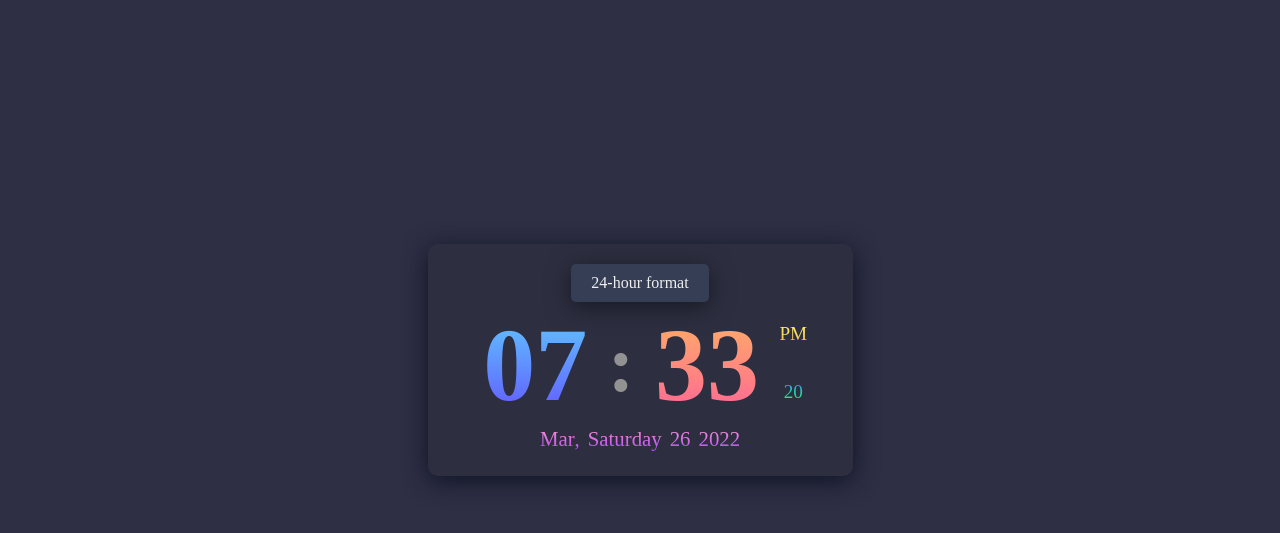
Repository: QUANGTHAI2003/digital-clock
Page: index.html
These files come from the project's save history. The page is drawn as it stood at one moment and after the next save; the edit follows.
The browser window is 1280 px wide. The pictures show the whole page.
Some icons come from a web library that is not loaded, so they are not drawn.

Above is the page before, as saved 2022-03-26 23:23:29.
Console error: TypeError: year.addEventListener is not a function

### index.html
<!DOCTYPE html>
<html lang="en">
    <head>
        <meta charset="UTF-8" />
        <meta http-equiv="X-UA-Compatible" content="IE=edge" />
        <meta name="viewport" content="width=device-width, initial-scale=1.0" />
        <title>Digital-Clock</title>
        <link rel="stylesheet" href="style.css" />
        <link rel="stylesheet" href="https://unicons.iconscout.com/release/v4.0.0/css/line.css" />
    </head>
    <body>
        <div class="digital-clock">
            <i class="uil uil-ellipsis-v dot-menu-btn"></i>
            <ul class="dot-menu">
                <li class="menu-item">
                    <span class="clock-format-text">24-hour format</span>
                    <div class="format-switch-btn"></div>
                </li>
            </ul>
            <div class="time">
                <span class="hours">00</span>
                <span class="dots">:</span>
                <span class="minutes">00</span>
                <div class="right-side">
                    <span class="period">AN/PM</span>
                    <span class="seconds">00</span>
                </div>
            </div>
            <div class="calendar">
                <span class="month-name">Mar</span>,
                <span class="day-name">Sunday</span>
                <span class="day-number">6</span>
                <span class="year">2022</span>
            </div>
        </div>
        <script src="./app.js"></script>
    </body>
</html>

### style.css
@import url('https://fonts.googleapis.com/css2?family=Poppins:ital,wght@0,100;0,200;0,300;0,400;0,500;0,600;0,700;0,800;0,900;1,100;1,200;1,300;1,400;1,500;1,600;1,700;1,800;1,900&display=swap');

* {
    margin: 0;
    padding: 0;
    box-sizing: border-box;
    font-family: 'Poppins'sans-serif;
}

body {
    min-height: 100vh;
    display: flex;
    justify-content: center;
    align-items: center;
    background: #2e2e44;
}

.digital-clock {
    position: relative;
    color: #fff;
    background: #2d2f41;
    width: 425px;
    padding: 20px 45px;
    box-shadow: 0 5px 25px rgba(14, 21, 37, 08);
    border-radius: 10px;
    display: flex;
    justify-content: center;
    align-items: center;
    flex-direction: column;
}

.time {
    position: relative;
    display: flex;
    justify-content: center;
    align-items: center;
}

.hours,
.dots,
.minutes {
    display: flex;
    justify-content: center;
    align-items: center;
    font-weight: 600;
    padding: 0 10px;
    line-height: 125px;
}

.hours,
.minutes {
    font-size: 6.5em;
    width: 125px;
}

.dots {
    font-size: 5em;
    color: #929292;
}

.hours {
    background: -webkit-linear-gradient(90deg, #634dff, #5fd4ff);
    -webkit-text-fill-color: transparent;
    -webkit-background-clip: text;
}

.minutes {
    background: -webkit-linear-gradient(90deg, #ff5e9a, #ffb960);
    -webkit-text-fill-color: transparent;
    -webkit-background-clip: text;
}

.right-side {
    position: relative;
    display: flex;
    justify-content: center;
    align-items: center;
    flex-direction: column;
    margin-left: 10px;
}

.period,
.seconds {
    font-size: 1.2em;
    font-weight: 500;
}

.period {
    transform: translateY(-20px);
    background: -webkit-linear-gradient(90deg, #f7b63f, #faf879);
    -webkit-text-fill-color: transparent;
    -webkit-background-clip: text;
}

.seconds {
    transform: translateY(16px);
    background: -webkit-linear-gradient(90deg, #24ff6d, #2f93f1);
    -webkit-text-fill-color: transparent;
    -webkit-background-clip: text;
}

.calendar {
    display: flex;
    justify-content: center;
    align-items: center;
    font-size: 1.3em;
    font-weight: 500;
    margin-bottom: 5px;
    background: -webkit-linear-gradient(90deg, #ae4af6, #ff98d1);
    -webkit-text-fill-color: transparent;
    -webkit-background-clip: text;
}

.day-name,
.day-number,
.year {
    margin-left: 8px;
}

.dot-menu-btn {
    position: absolute;
    top: 0;
    right: 0;
    margin: 10px;
    color: #efefef;
    font-size: 1.5em;
    cursor: pointer;
}

.dot-menu {
    z-index: 999;
    list-style: none;
    background: #353e54;
    padding: 10px 20px;
    border-radius: 5px;
    box-shadow: 0 5px 25px rgba(0, 0, 0, 0.5);
}

.mneu-item {
    display: flex;
    justify-content: center;
    align-items: center;
}

.clock-format-text {
    color: #efefef;
}

### app.js
function clock() {
    var today = new Date();
    var hours = today.getHours();
    var minutes = today.getMinutes();
    var seconds = today.getSeconds();
    var period = "AM"

    // Set the time period(AM or PM)
    if (hours >= 12) {
        period = "PM";
    }
    // Set the 12-hour clock format
    hours = hours > 12 ? hours % 12 : hours

    // Add the 0 for the values of lower than 10
    if (hours < 10) {
        hours = "0" + hours;
    }
    if (minutes < 10) {
        minutes = "0" + minutes;
    }
    if (seconds < 10) {
        seconds = "0" + seconds;
    }

    document.querySelector(".hours").innerHTML = hours;
    document.querySelector(".minutes").innerHTML = minutes;
    document.querySelector(".seconds").innerHTML = seconds;
    document.querySelector(".period").innerHTML = period;
}

var updateClock = setInterval(clock, 1000);

// Get the date in javascript
var today = new Date();
const dayNumber = today.getDate();
const year = today.getFullYear();
const dayName = today.toLocaleString('default', { weekday: 'long' });
const monthName = today.toLocaleString('default', { month: 'short' });

document.querySelector(".month-name").innerHTML = monthName;
document.querySelector(".day-name").innerHTML = dayName;
document.querySelector(".day-number").innerHTML = dayNumber;
document.querySelector(".year").innerHTML = year;

year.addEventListener("click", function () {
    alert("The year is " + year);
});

After the next save:
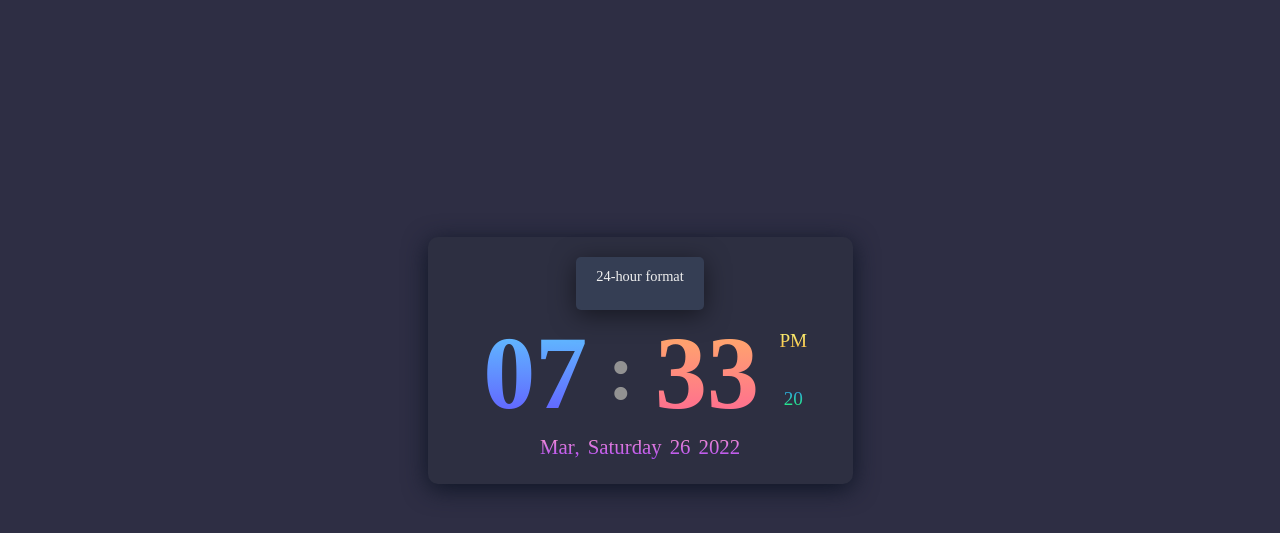
Saved 116 s later.
--- a/style.css
+++ b/style.css
@@ -144,4 +144,13 @@ body {
 
 .clock-format-text {
     color: #efefef;
+    font-size: 0.9em;
 }
+
+.format-switch-btn {
+    width: 35px;
+    height: 15px;
+    background: 485470;
+    border-radius: 75px;
+    box-shadow: inset 2px 2px 4px rgba(255, 255, 255, 0.1), inset -2px 2px -4px rgba(0, 0, 0, 0.2);
+}
